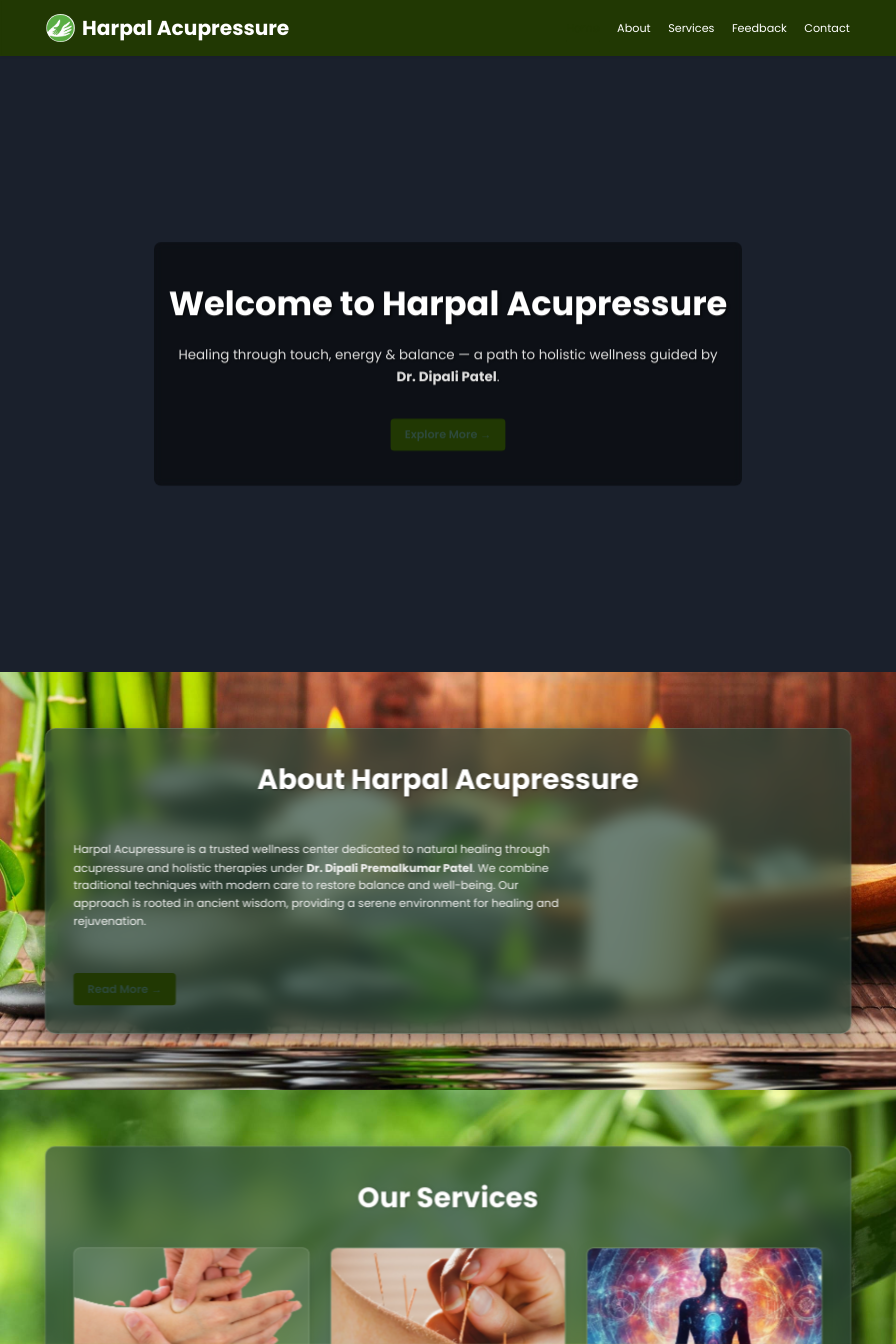
Repository: swasthiik/my-websites
Page: index.html
These files come from the project's save history. The page is drawn as it stood at one moment and after the next save; the edit follows.
The browser window is 1280 px wide. The pictures show the part of the page from y = 0 to 1920 px (the page is 4785 px tall), at 70% of full size.
Backgrounds fixed to the window are drawn as part of the page.

Above is the page before, as saved 2025-10-30 23:29:58.
Not found: images/hero-bg.jpg

After the next save:
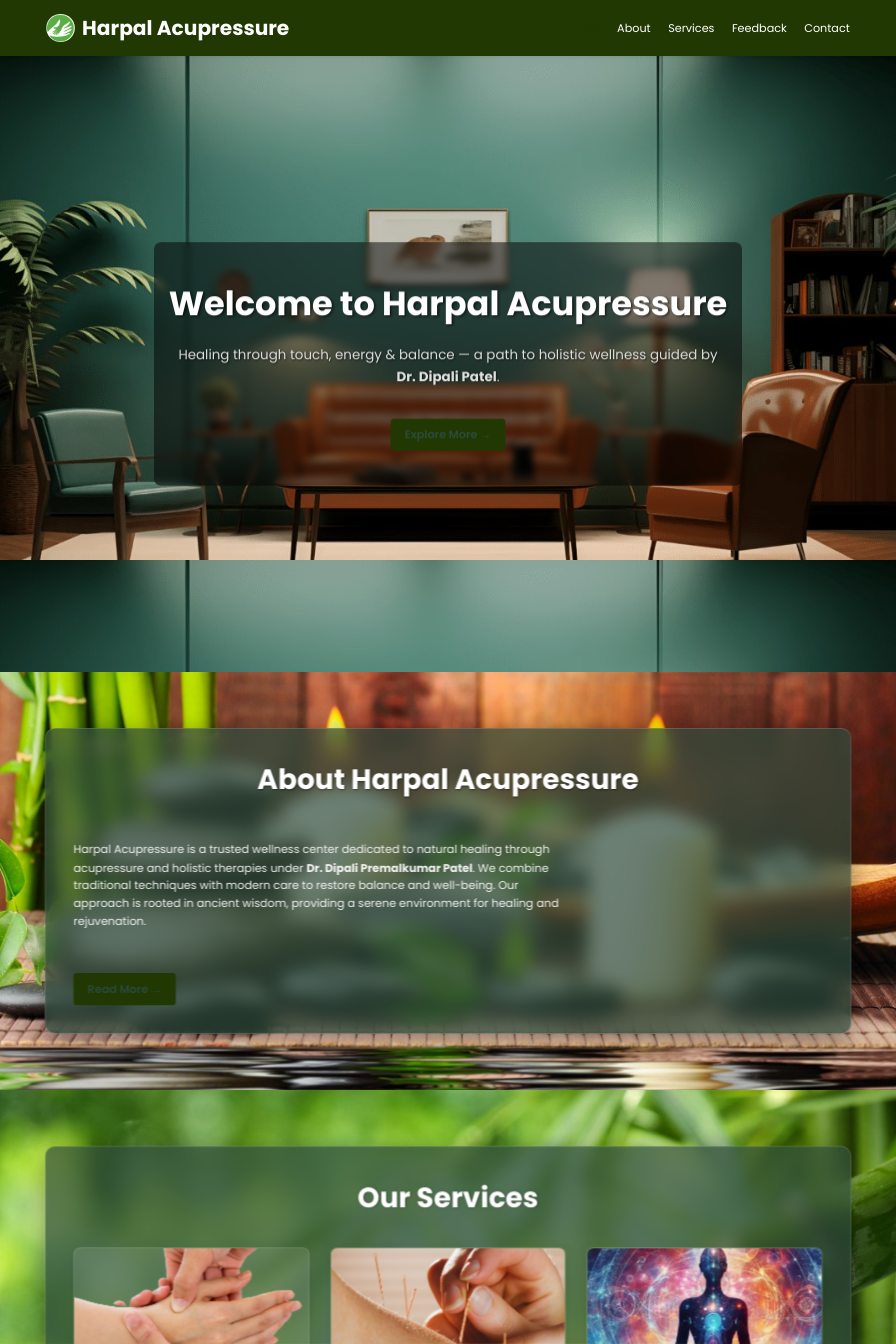
Saved 68 s later.
--- a/style.css
+++ b/style.css
@@ -171,7 +171,7 @@ header {
 
 /* HERO Section */
 #hero {
-  background-image: url('images/hero-bg.jpg'); /* Ensure this image exists */
+  background-image: url('images/background.jpg'); /* Ensure this image exists */
   background-size: cover;
   background-position: center;
   height: 100vh;
